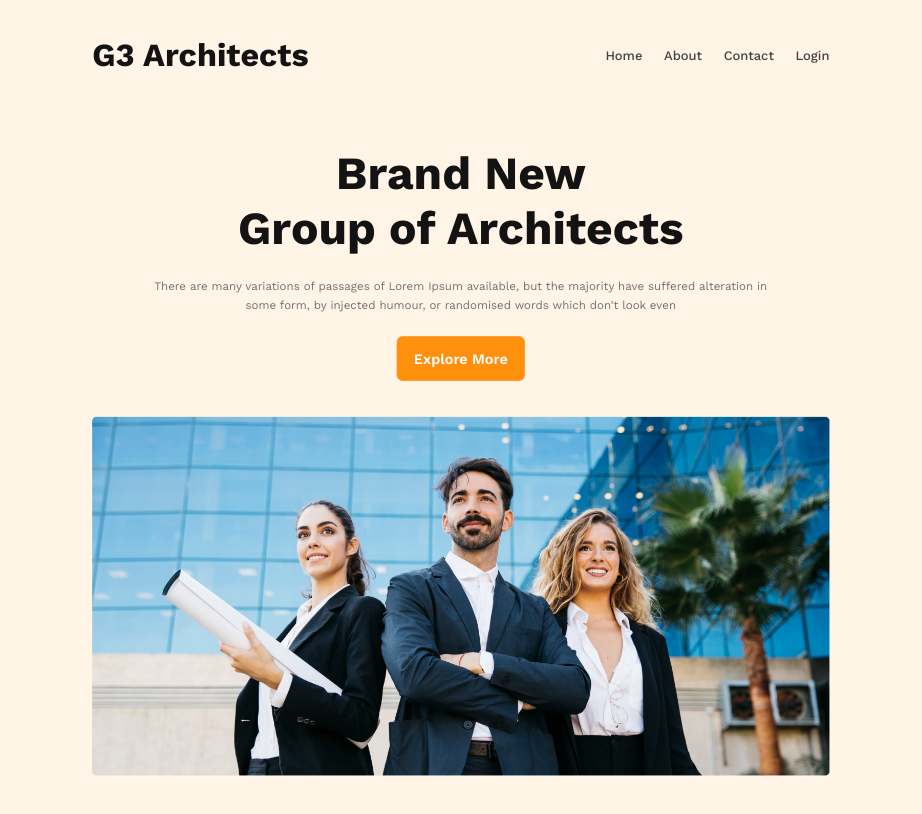
Repository: ShouravAhammed/G3-architects-webpage
Page: index.html
The author's editor kept a copy of each file at every save. The page is drawn from the files as they stood at one save, then again after the next save.
The browser window is 1280 px wide. The pictures show the whole page, at 72% of full size.

Above is the page before, as saved 2024-01-13 00:03:46.

After the next save:
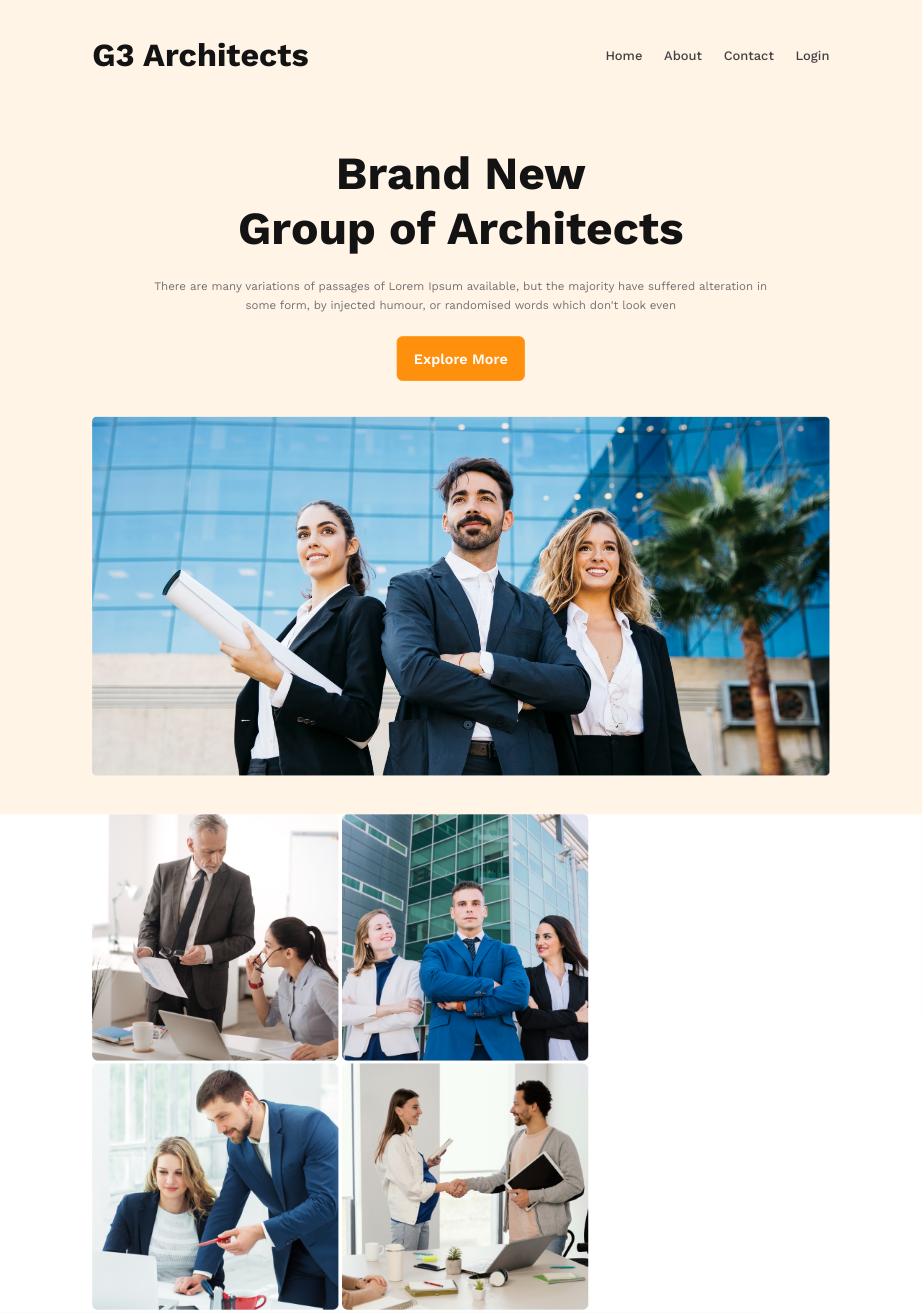
Saved 11 min 28 s later.
--- a/index.html
+++ b/index.html
@@ -7,6 +7,7 @@
     <link rel="stylesheet" href="styles/style.css">
 </head>
 <body>
+    <!-- header part -->
     <header id="header">
         <div class="container">
             <nav class="navigation">
@@ -28,5 +29,25 @@
             </section>
         </div>
     </header>
+    <!-- main part -->
+    <main>
+        <section id="team">
+            <div class="container">
+                <div class="team-container">
+                    <div class="team-img">
+                        <img src="images/team1.png" alt="team1-img">
+                        <img src="images/team2.png" alt="team2-img">
+                        <img src="images/team3.png" alt="team3-img">
+                        <img src="images/team4.png" alt="team4-img">
+                    </div>
+                    <div class="team-content"></div>
+                </div>
+            </div>
+        </section>
+    </main>
+    <!-- footer part  -->
+    <footer>
+
+    </footer>
 </body>
 </html>
